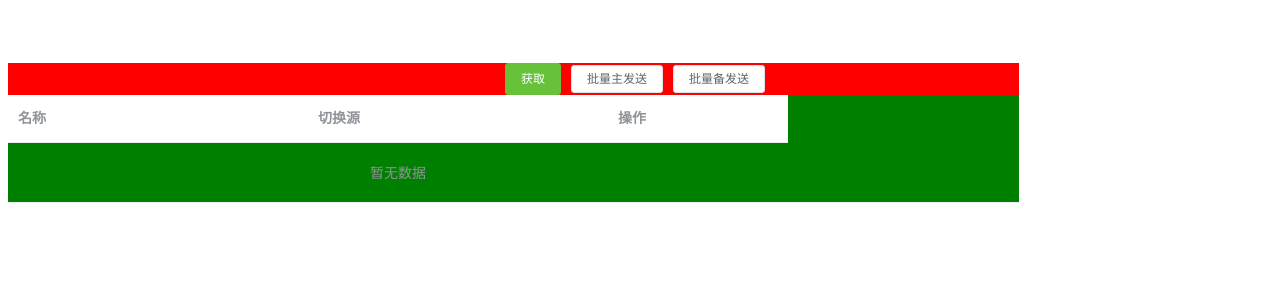
Repository: faintout/BHMQTTSendTool
Page: /
These files come from the project's save history. The page is drawn as it stood at one moment and after the next save; the edit follows.
The browser window is 1280 px wide. The pictures show the whole page.
The project was rebuilt for these pictures with package versions that can differ from the ones it lists, and the page was loaded fresh each time. Also part of the build but not shown: vue.config.js.

Above is the page before, as saved 2020-09-03 13:48:24.

After the next save:
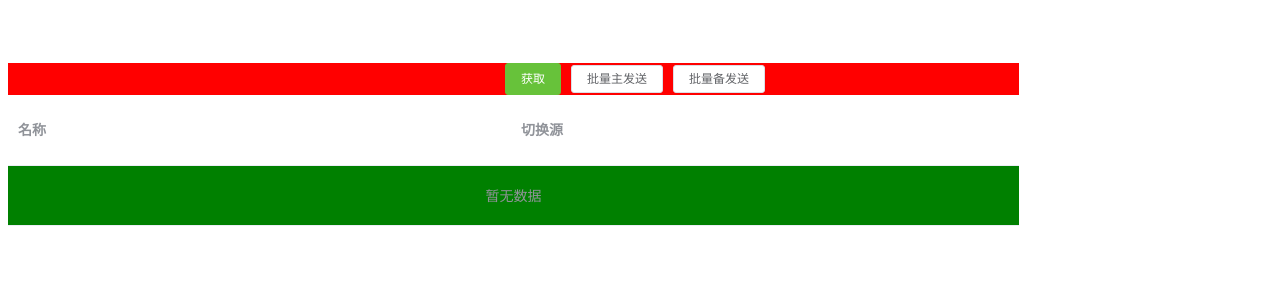
Saved 66 s later.
--- a/src/views/MqttSendTool.vue
+++ b/src/views/MqttSendTool.vue
@@ -11,9 +11,9 @@
         </div>
         <el-table v-loading="tableLoading" :data="tableData" class="el_table">
             >
-            <el-table-column prop="name" label="名称" width="300">
+            <el-table-column prop="name" label="名称">
             </el-table-column>
-            <el-table-column label="切换源" width="300">
+            <el-table-column label="切换源">
                 <template slot-scope="scope">
                     <el-radio-group v-model="scope.row.switchStatus">
                         <el-radio :label="0" @click="scope.row.switchStatus = 0">主</el-radio>
@@ -21,7 +21,7 @@
                     </el-radio-group>
                 </template>
             </el-table-column>
-            <el-table-column min-width="1" label="操作" width="180">
+            <el-table-column min-width="1" label="操作">
                 <template slot-scope="scope">
                     <el-button type="success" size="small" @click="changeData(scope.row)">编辑</el-button>
                     <el-button type="success" size="small" @click="sendData(scope.row)">发送</el-button>
